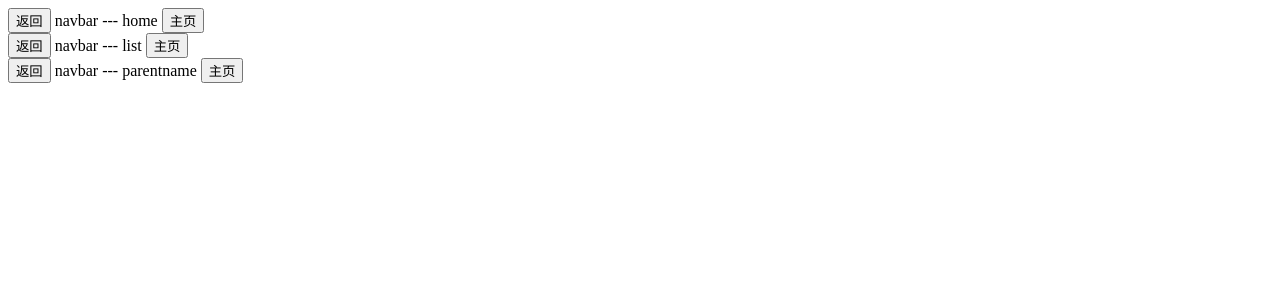
Repository: xiemin2161/mytest
Page: 02-1-组件父传子.html
These files come from the project's save history. The page is drawn as it stood at one moment and after the next save; the edit follows.
The browser window is 1280 px wide. The pictures show the whole page.

Above is the page before, as saved 2023-02-01 17:22:55.

### 02-1-组件父传子.html
<!DOCTYPE html>
<html>
  <head>
    <meta charset="utf-8" />
    <meta http-equiv="X-UA-Compatible" content="IE=edge,chrome=1" />
    <title>Examples</title>
    <meta name="description" content="" />
    <meta name="keywords" content="" />
    <link href="" rel="stylesheet" />
    <style>
      .navbar {
        background: red;
      }
    </style>
    <script type="text/javascript" src="lib/vue.js"></script>
  </head>
  <body>
    <div id="box">
      <navbar myname="home"></navbar>
      <navbar myname="list"></navbar>
      <navbar myname="parentname"></navbar>
    </div>

    <script type="text/javascript">
      Vue.component("navbar", {
        template: `
          <div>
            <button>返回</button>
            navbar --- {{myname}}
            <button>主页</button>
          </div>
        `,
        props: ["myname"], //接收父组件传来的属性
      });
      new Vue({
        el: "#box",
        data: {
          parentname: "父组件的状态",
        },
      });
    </script>
  </body>
</html>

Loaded but not shown: lib/vue.js (library)

After the next save:
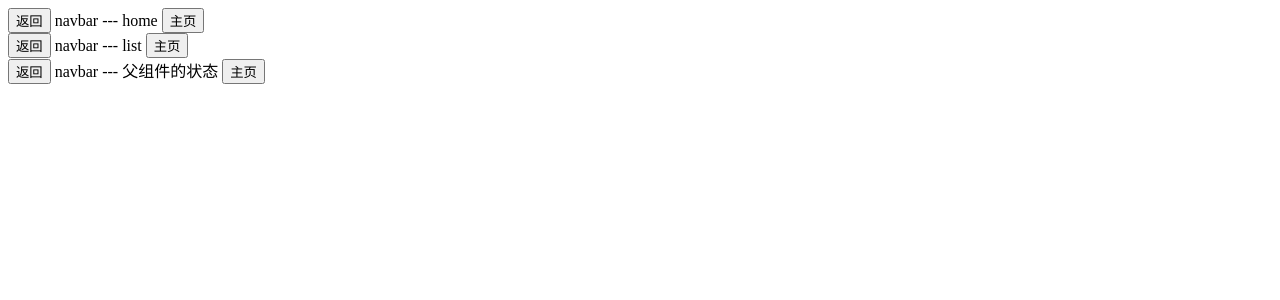
Saved 8 s later.
--- a/02-1-组件父传子.html
+++ b/02-1-组件父传子.html
@@ -18,7 +18,7 @@
     <div id="box">
       <navbar myname="home"></navbar>
       <navbar myname="list"></navbar>
-      <navbar myname="parentname"></navbar>
+      <navbar :myname="parentname"></navbar>
     </div>
 
     <script type="text/javascript">
